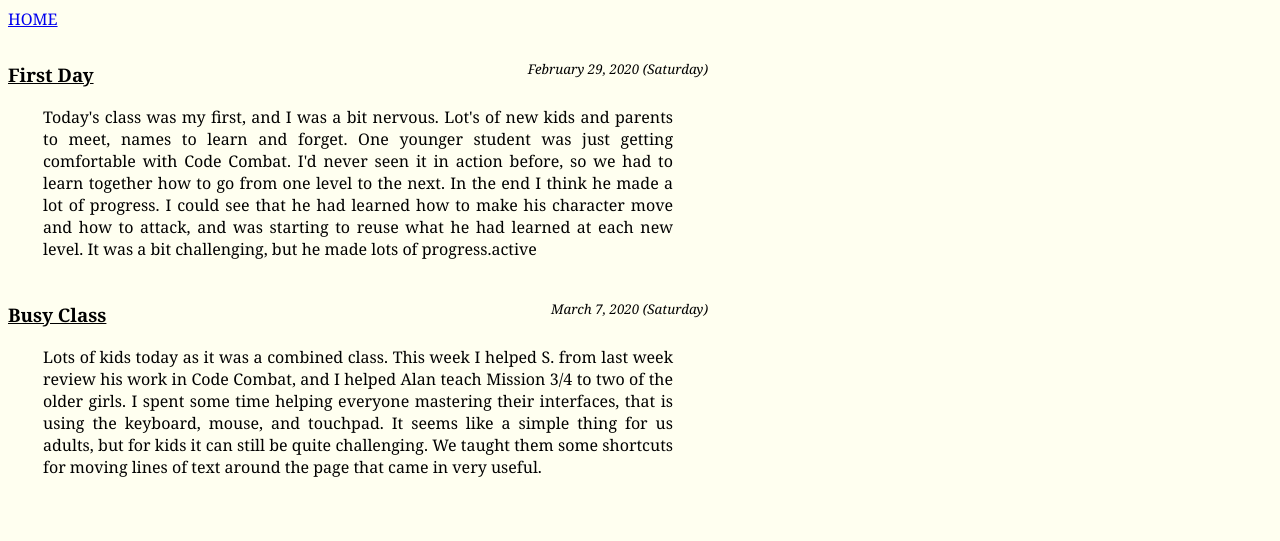
Repository: chocochocosensei/Mission-Exercises
Page: Page1/index.html
The author's editor kept a copy of each file at every save. The page is drawn from the files as they stood at one save, then again after the next save.
The browser window is 1280 px wide. The pictures show the whole page.

Above is the page before, as saved 2020-03-11 04:27:04.

After the next save:
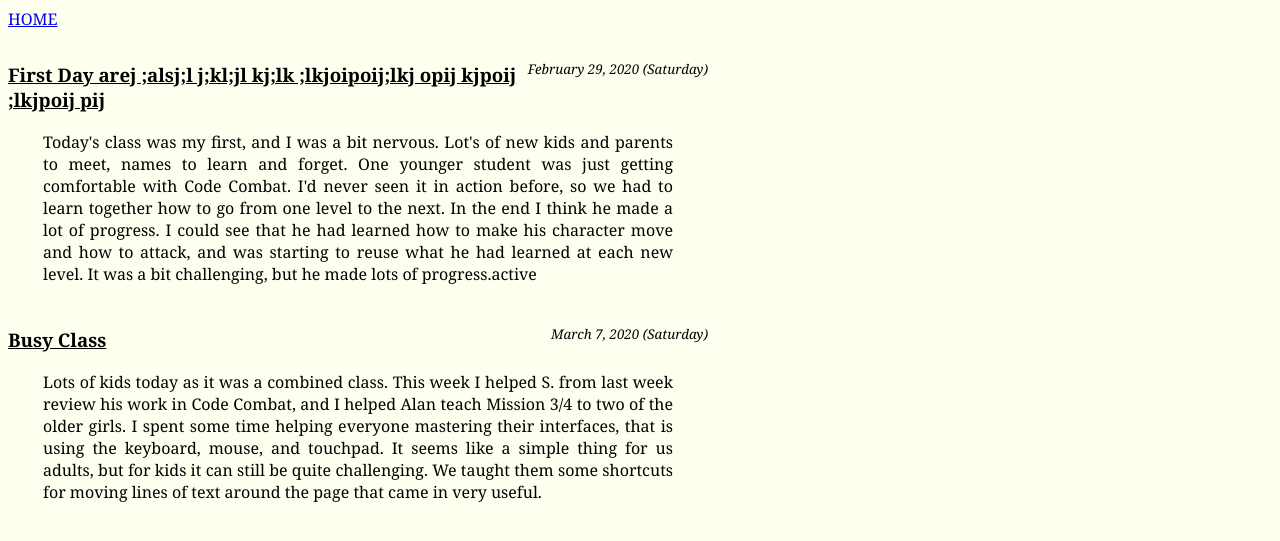
Saved 22 s later.
--- a/Page1/index.html
+++ b/Page1/index.html
@@ -19,7 +19,7 @@
         <div class="section-activity">
             <div class="card">
                 <div class="title">
-                    <h3 id="entry-title-for-2020-02-29">First Day</h3>
+                    <h3 id="entry-title-for-2020-02-29">First Day arej ;alsj;l j;kl;jl kj;lk ;lkjoipoij;lkj opij kjpoij ;lkjpoij pij</h3>
                 </div>
                 <div class="content">
                     <p>Today's class was my first, and I was a bit nervous. Lot's of new kids and parents to meet, names to learn and forget. One younger student was just getting comfortable with Code Combat. I'd never seen it in action before, so we had

After the save that followed:
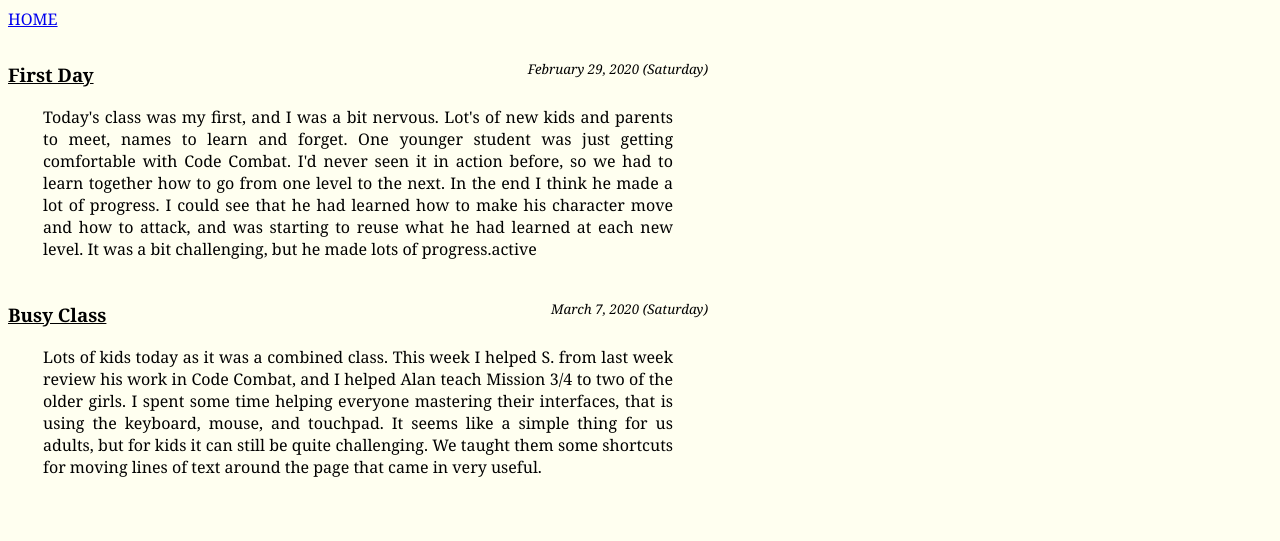
Saved 50 s later.
--- a/Page1/index.html
+++ b/Page1/index.html
@@ -19,7 +19,7 @@
         <div class="section-activity">
             <div class="card">
                 <div class="title">
-                    <h3 id="entry-title-for-2020-02-29">First Day arej ;alsj;l j;kl;jl kj;lk ;lkjoipoij;lkj opij kjpoij ;lkjpoij pij</h3>
+                    <h3 id="entry-title-for-2020-02-29">First Day</h3>
                 </div>
                 <div class="content">
                     <p>Today's class was my first, and I was a bit nervous. Lot's of new kids and parents to meet, names to learn and forget. One younger student was just getting comfortable with Code Combat. I'd never seen it in action before, so we had
